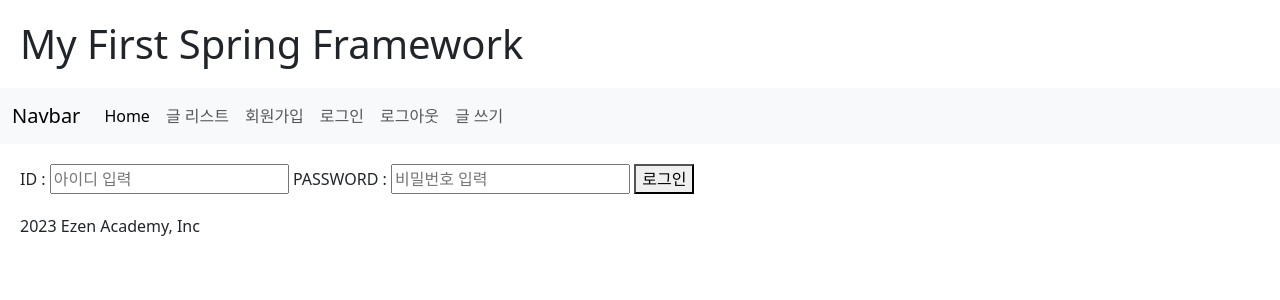
Repository: jinho0717/spring
Page: http://localhost/springProject/WEB-INF/views/member/login.jsp
These files come from the project's save history. The page is drawn as it stood at one moment and after the next save; the edit follows.
The browser window is 1280 px wide. The pictures show the whole page.
The page is served by Tomcat 9. Nobody is signed in. Other server files are loaded and not shown. The template is opened directly, without the code that normally fills it, so the values that code supplies are empty.

Above is the page before, as saved 2023-10-27 12:15:50.

### springProject/src/main/webapp/WEB-INF/views/member/login.jsp
<%@ page language="java" contentType="text/html; charset=UTF-8"
    pageEncoding="UTF-8"%>
     <%@ taglib uri="http://java.sun.com/jsp/jstl/core" prefix="c" %>
<!DOCTYPE html>
<html>
<head>
<meta charset="UTF-8">
<title>Insert title here</title>
</head>
<body>
<jsp:include page="../common/header.jsp"></jsp:include>
<jsp:include page="../common/nav.jsp"></jsp:include>
	<form action="/member/login" method="post">
	ID : <input type="text" name="id" placeholder="아이디 입력">
	PASSWORD : <input type="password" name="pw" placeholder="비밀번호 입력">
<button type="submit">로그인</button>
</form>
<jsp:include page="../common/footer.jsp" />
</body>
</html>

### springProject/src/main/webapp/WEB-INF/views/common/header.jsp
<%@ page language="java" contentType="text/html; charset=UTF-8"
    pageEncoding="UTF-8"%>
     <%@ taglib uri="http://java.sun.com/jsp/jstl/core" prefix="c" %>
<!DOCTYPE html>
<html>
<head>
<meta charset="UTF-8">
<title>Insert title here</title>
<link href="https://cdn.jsdelivr.net/npm/bootstrap@5.3.1/dist/css/bootstrap.min.css" rel="stylesheet" integrity="sha384-4bw+/aepP/YC94hEpVNVgiZdgIC5+VKNBQNGCHeKRQN+PtmoHDEXuppvnDJzQIu9" crossorigin="anonymous">
<script src="https://cdn.jsdelivr.net/npm/bootstrap@5.3.1/dist/js/bootstrap.bundle.min.js" integrity="sha384-HwwvtgBNo3bZJJLYd8oVXjrBZt8cqVSpeBNS5n7C8IVInixGAoxmnlMuBnhbgrkm" crossorigin="anonymous"></script>
<style type="text/css">
h1 , p , h3, form{
margin: 20px
}
</style>
</head>
<body>
<h1>My First Spring Framework</h1>

</body>
</html>

### springProject/src/main/webapp/WEB-INF/views/common/nav.jsp
<%@ page language="java" contentType="text/html; charset=UTF-8"
    pageEncoding="UTF-8"%>
     <%@ taglib uri="http://java.sun.com/jsp/jstl/core" prefix="c" %>
<!DOCTYPE html>
<html>
<head>
<meta charset="UTF-8">
<title>Insert title here</title>

</head>
<body>
<header>
	<nav class="navbar navbar-expand-lg bg-body-tertiary">
  <div class="container-fluid">
    <a class="navbar-brand" href="#">Navbar</a>
    <button class="navbar-toggler" type="button" data-bs-toggle="collapse" data-bs-target="#navbarSupportedContent" aria-controls="navbarSupportedContent" aria-expanded="false" aria-label="Toggle navigation">
      <span class="navbar-toggler-icon"></span>
    </button>
    <div class="collapse navbar-collapse" id="navbarSupportedContent">
      <ul class="navbar-nav me-auto mb-2 mb-lg-0">
        <li class="nav-item">
          <a class="nav-link active" aria-current="page" href="/">Home</a>
        </li>
        <li class="nav-item">
          <a class="nav-link" href="/board/list">글 리스트</a>
        </li>
        <li class="nav-item">
          <a class="nav-link" href="/member/register">회원가입</a>
        </li>
        <li class="nav-item">
          <a class="nav-link" href="/member/login">로그인</a>
        </li>
        <li class="nav-item">
          <a class="nav-link" href="/member/logout">로그아웃</a>
        </li>
        <li class="nav-item">
          <a class="nav-link" href="/board/register">글 쓰기</a>
        </li>
      </ul>
    </div>
  </div>
</nav>
</header>
</body>
</html>

### springProject/src/main/webapp/WEB-INF/views/common/footer.jsp
<%@ page language="java" contentType="text/html; charset=UTF-8"
    pageEncoding="UTF-8"%>
    <%@ taglib uri="http://java.sun.com/jsp/jstl/core" prefix="c" %>
<!DOCTYPE html>
<html>
<head>
<meta charset="UTF-8">
<title>Insert title here</title>

</head>
<body>
<div>
	<p>2023 Ezen Academy, Inc</p>
</div>
</body>
</html>

After the next save:
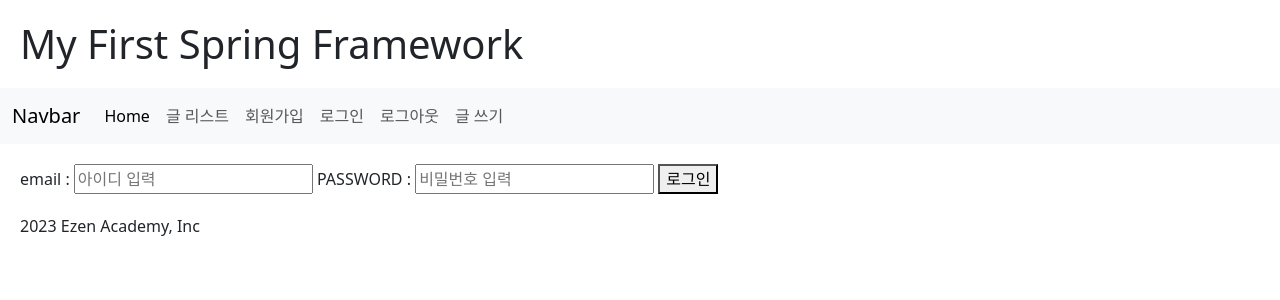
Saved 16 s later.
--- a/springProject/src/main/webapp/WEB-INF/views/member/login.jsp
+++ b/springProject/src/main/webapp/WEB-INF/views/member/login.jsp
@@ -11,7 +11,7 @@
 <jsp:include page="../common/header.jsp"></jsp:include>
 <jsp:include page="../common/nav.jsp"></jsp:include>
 	<form action="/member/login" method="post">
-	ID : <input type="text" name="id" placeholder="아이디 입력">
+	email : <input type="email" name="id" placeholder="아이디 입력">
 	PASSWORD : <input type="password" name="pw" placeholder="비밀번호 입력">
 <button type="submit">로그인</button>
 </form>
